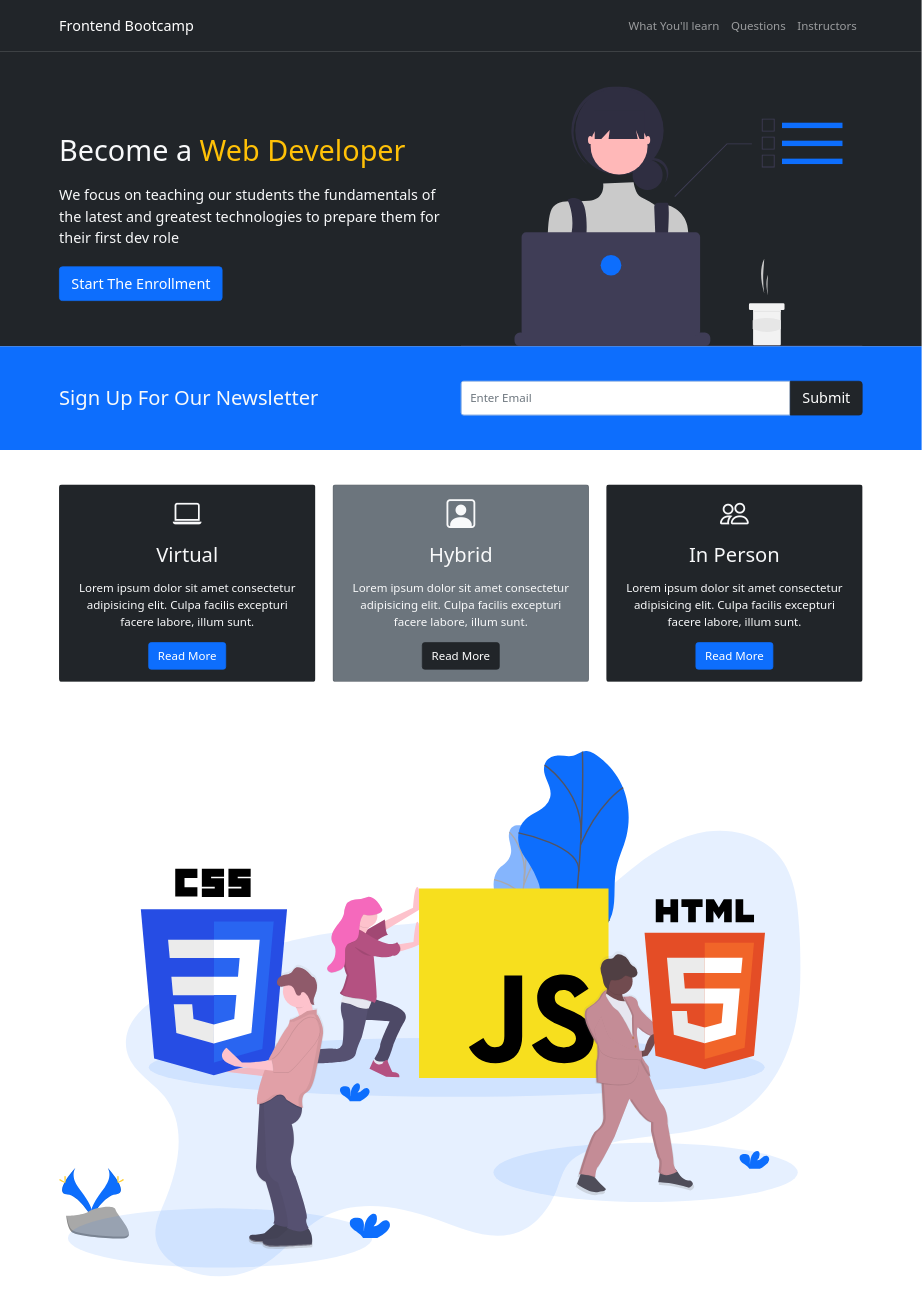
Repository: Marhamat92/Bootstrap5-Responsive-Website-
Page: index.html
An editor plug-in stored every save of this project. The page is shown before and after the next save, followed by the edit.
The browser window is 1280 px wide. The pictures show the whole page, at 72% of full size.
Some web libraries are served in a nearby version.

Above is the page before, as saved 2021-09-18 17:38:09.

After the next save:
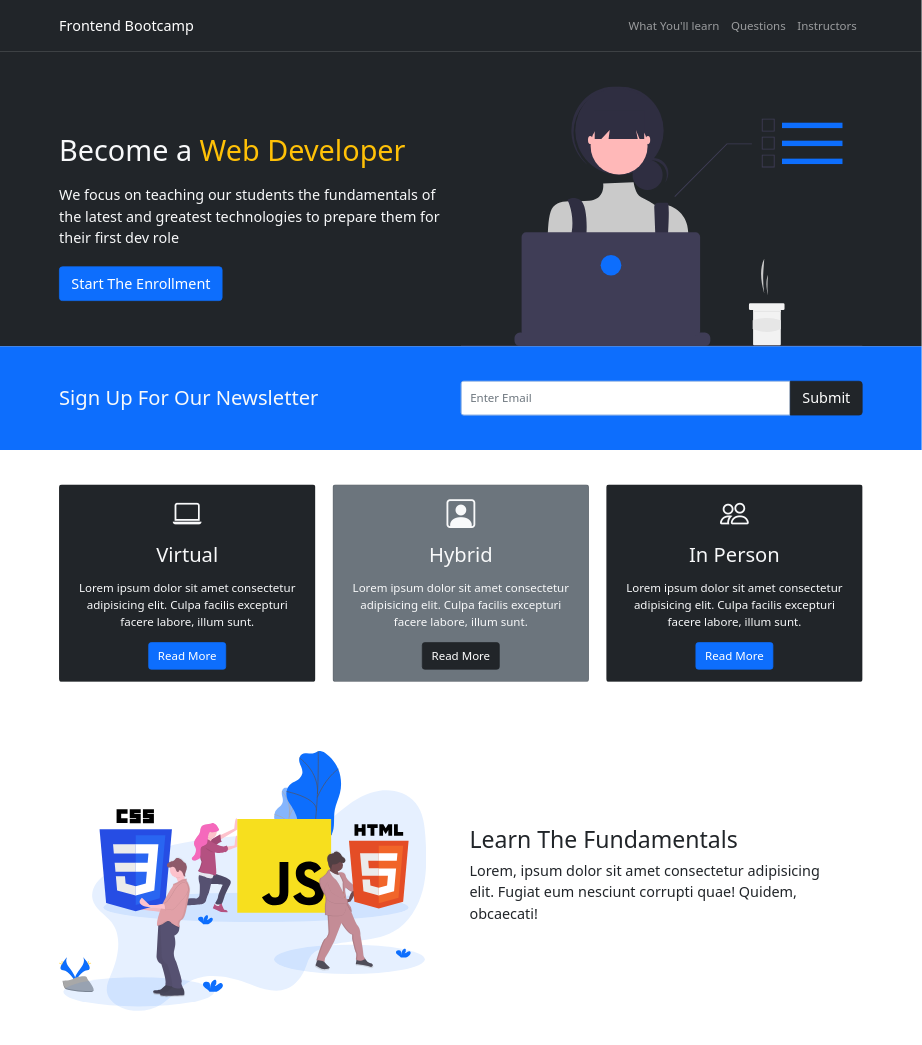
Saved 87 s later.
--- a/index.html
+++ b/index.html
@@ -80,7 +80,8 @@
                             </div>
                             <h3 class="title mb-3">Virtual</h3>
                             <p class="card-text">
-                                Lorem ipsum dolor sit amet consectetur adipisicing elit. Culpa facilis excepturi facere labore, illum sunt.
+                                Lorem ipsum dolor sit amet consectetur adipisicing elit. Culpa facilis excepturi facere
+                                labore, illum sunt.
                             </p>
                             <a href="#" class="btn btn-primary">Read More</a>
                         </div>
@@ -93,7 +94,8 @@
                             </div>
                             <h3 class="title mb-3">Hybrid</h3>
                             <p class="card-text">
-                                Lorem ipsum dolor sit amet consectetur adipisicing elit. Culpa facilis excepturi facere labore, illum sunt.
+                                Lorem ipsum dolor sit amet consectetur adipisicing elit. Culpa facilis excepturi facere
+                                labore, illum sunt.
                             </p>
                             <a href="#" class="btn btn-dark">Read More</a>
                         </div>
@@ -106,7 +108,8 @@
                             </div>
                             <h3 class="title mb-3">In Person</h3>
                             <p class="card-text">
-                                Lorem ipsum dolor sit amet consectetur adipisicing elit. Culpa facilis excepturi facere labore, illum sunt.
+                                Lorem ipsum dolor sit amet consectetur adipisicing elit. Culpa facilis excepturi facere
+                                labore, illum sunt.
                             </p>
                             <a href="#" class="btn btn-primary">Read More</a>
                         </div>
@@ -117,15 +120,22 @@
     </section>
 
     <!--Learn Sections-->
-<section id="learn"class="p-5">
-    <div class="container">
-     <div class="row align-items-center justify-content-between">
-       <div class="col-md">
-           <img src="img/fundamentals.svg" class="img-fluid" alt="">
-       </div>
-     </div>
-    </div>
-</section>
+    <section id="learn" class="p-5">
+        <div class="container">
+            <div class="row align-items-center justify-content-between">
+                <div class="col-md">
+                    <img src="img/fundamentals.svg" class="img-fluid" alt="">
+                </div>
+                <div class="col-md p-5">
+                    <h2>Learn The Fundamentals</h2>
+                    <p class="lead">
+                        Lorem, ipsum dolor sit amet consectetur adipisicing elit. Fugiat eum nesciunt corrupti quae!
+                        Quidem, obcaecati!
+                    </p>
+                </div>
+            </div>
+        </div>
+    </section>
 
 
 
